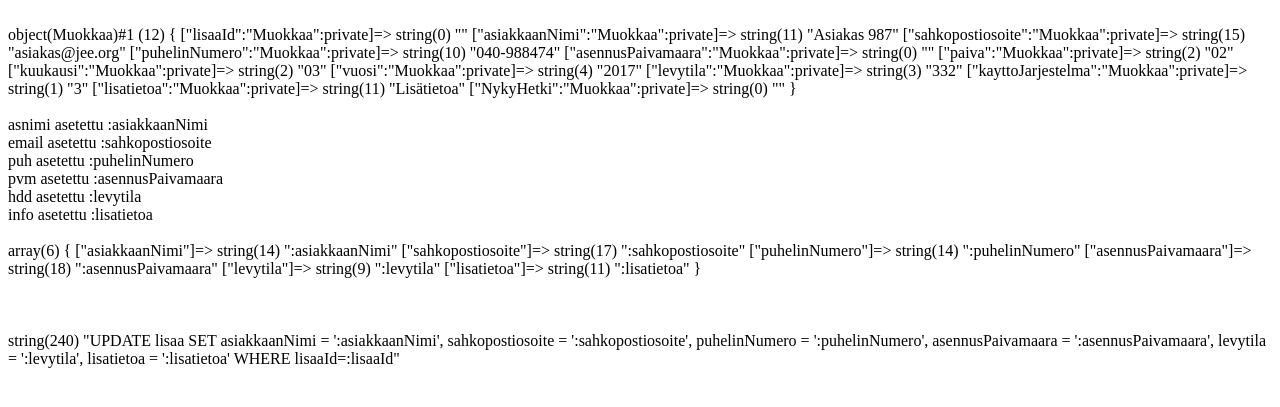
Repository: TommiKurjensalo/php
Page: http://localhost/test/function_to_function.php
The author's editor kept a copy of each file at every save. The page is drawn from the files as they stood at one save, then again after the next save.
The browser window is 1280 px wide. The pictures show the whole page.
The page is run by PHP 8.4 with error messages shown; the project is at /var/www/html/.

Above is the page before, as saved 2017-04-25 17:42:44.

After the next save:
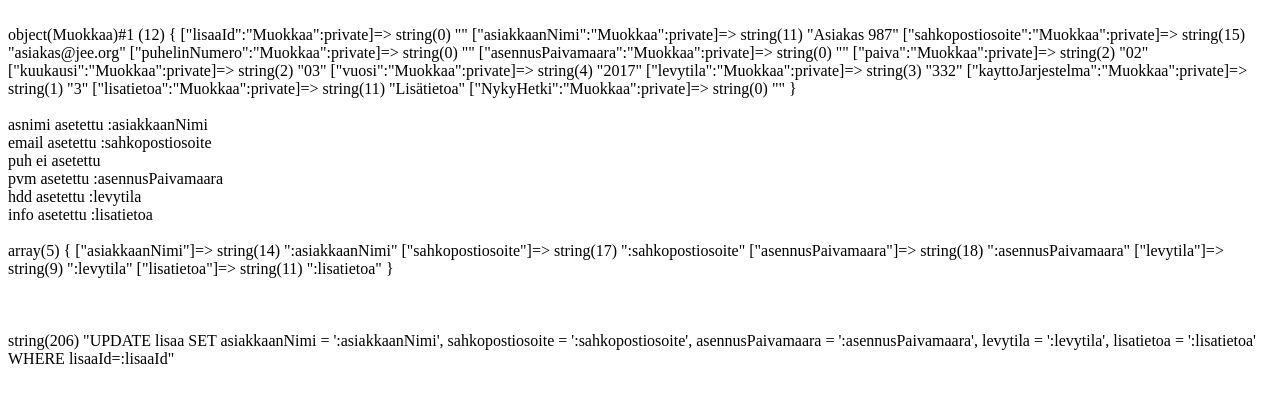
Saved 19 s later.
--- a/sivut/test/function_to_function.php
+++ b/sivut/test/function_to_function.php
@@ -1,6 +1,6 @@
 <?php
 
-$m = new Muokkaa("Asiakas 987","asiakas@jee.org","040-988474","02","03","2017","332","3","Lisätietoa");
+$m = new Muokkaa("Asiakas 987","asiakas@jee.org","","02","03","2017","332","3","Lisätietoa");
 
 $m->muokkaaAsiakas($m);
 
